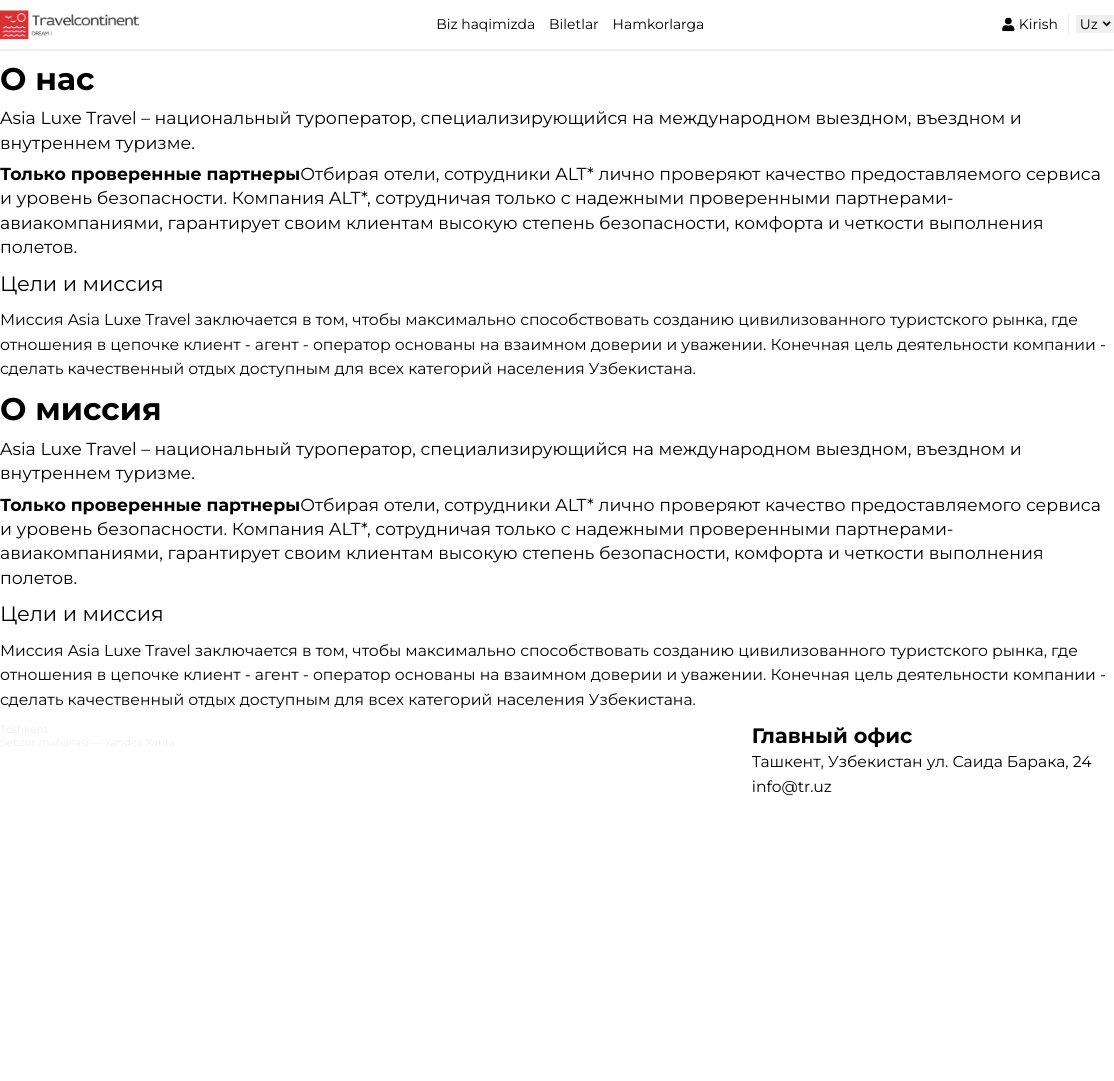
Repository: ziyodbek0300/avia-sales_
Page: /about-us
The author's editor kept a copy of each file at every save. The page is drawn from the files as they stood at one save, then again after the next save.
The browser window is 1280 px wide. The pictures show the whole page, at 87% of full size.
The project was rebuilt for these pictures with package versions that can differ from the ones it lists, and the page was loaded fresh each time. Also part of the build but not shown: src/containers/home/Home.jsx.

Above is the page before, as saved 2022-06-04 00:52:44.

### src/index.js
import React from 'react';
import ReactDOM from 'react-dom/client';
import './index.scss';
import App from './App';
import { BrowserRouter } from 'react-router-dom';

// Import the functions you need from the SDKs you need
import { initializeApp } from "firebase/app";

const firebaseConfig = {
  apiKey: "AIzaSyCh8iVwHAk4edTRMCTfsixFgQGgbxiQ__o",
  authDomain: "travelcontinent-6deec.firebaseapp.com",
  projectId: "travelcontinent-6deec",
  storageBucket: "travelcontinent-6deec.appspot.com",
  messagingSenderId: "267962106998",
  appId: "1:267962106998:web:0326271bfbdab5676e8b57"
};

// Initialize Firebase
const app = initializeApp(firebaseConfig);
const root = ReactDOM.createRoot(document.getElementById('root'));
root.render(
  <React.StrictMode>
    <BrowserRouter>
      <App />
    </BrowserRouter>
  </React.StrictMode>
)

### src/index.scss
@tailwind base;
@tailwind components;
@tailwind utilities;
// font by google fonts
@import url('https://fonts.googleapis.com/css2?family=Montserrat:ital,wght@0,100;0,200;0,300;0,400;0,500;0,600;0,700;0,800;0,900;1,100;1,200;1,300;1,400;1,500;1,600;1,700;1,800;1,900&display=swap');

* {
  font-family: 'Montserrat', sans-serif;
}

code {
  font-family: source-code-pro, Menlo, Monaco, Consolas, 'Courier New',
    monospace;
}

.card-filter-courses {
  top: 5rem !important;
}

.card {
  grid-row: 1 / 3;
  background-size: cover;
  background-repeat: no-repeat;
}

/*main courses */
.main-courses {
  display: grid;
  grid-template-columns: 1fr 1fr;
  grid-template-rows: 10rem 10rem;
  grid-gap: 1rem;
}

.main-courses div:first-child {
  grid-row: 1 / 3;
}

.main-courses div {
  background-repeat: no-repeat;
  background-size: cover;
  background-image: linear-gradient(rgba(0, 0, 0, 0.1), rgba(0, 0, 0, 0.1));
  color: #fff;
}

.bg-custom {
  background: #f4f8fa !important;
}

### src/App.js
import { Route, Routes } from "react-router-dom";
import Navbar from "./components/navbar/Navbar";
import About from "./containers/about/About";
import Home from "./containers/home/Home";

function App() {
  return (
    <div>
      <Navbar />
      <Routes>
        <Route path="/" element={<Home />} />
        <Route path="/about-us" element={<About />} />
      </Routes>
    </div>
  );
}

export default App;

### src/components/navbar/Navbar.jsx
import React from 'react'
import { FaUser } from 'react-icons/fa';
import { NavLink } from 'react-router-dom';
import Logo from '../../static/images/logo.png'

function Navbar() {
    return (
        <div className='border-b border-b-slate-300 py-3'>
            <nav className=' flex justify-between items-center max-w-7xl mx-auto'>
                <div className="logo">
                    <img src={Logo} className="w-40" alt="logo" />
                </div>
                <ul className='flex gap-4'>
                    <li>
                        <NavLink to='/about-us'>Biz haqimizda</NavLink>
                    </li>
                    <li>Biletlar</li>
                    <li>Hamkorlarga</li>
                </ul>
                <ul className='flex gap-2'>
                    <li className='flex items-center border-r pr-3'>
                        <FaUser />&nbsp;Kirish
                    </li>
                    <li>
                        <select name="lang" id="lang" className='border-slate-500'>
                            <option value="uz">Uz</option>
                            <option value="uz">Ru</option>
                            <option value="uz">En</option>
                        </select>
                    </li>
                </ul>
            </nav>
        </div>
    )
}

export default Navbar

### src/containers/about/About.jsx
import React from 'react'

function About() {
    return (
        <div className='max-w-7xl mx-auto'>
            <div className='my-3'>
                <p className='text-4xl font-bold mb-3'>О нас</p>
                <p className='text-xl mb-2'>
                    Asia Luxe Travel – национальный туроператор, специализирующийся на международном выездном, въездном и внутреннем туризме.
                </p>
                <p className='text-xl'>
                    <b>Только проверенные партнеры</b>
                    Отбирая отели, сотрудники ALT* лично проверяют качество предоставляемого сервиса и уровень безопасности. Компания ALT*, сотрудничая только с надежными проверенными партнерами-авиакомпаниями, гарантирует своим клиентам высокую степень безопасности, комфорта и четкости выполнения полетов.
                </p>
                <p className='text-2xl font-normal my-3'>Цели и миссия</p>
                <p className='text-lg'>
                    Миссия Asia Luxe Travel заключается в том, чтобы максимально способствовать созданию цивилизованного туристского рынка, где отношения в цепочке клиент - агент - оператор основаны на взаимном доверии и уважении. Конечная цель деятельности компании - сделать качественный отдых доступным для всех категорий населения Узбекистана.
                </p>
            </div>
            <div className='my-3'>
                <p className='text-4xl font-bold mb-3'>О миссия</p>
                <p className='text-xl mb-2'>
                    Asia Luxe Travel – национальный туроператор, специализирующийся на международном выездном, въездном и внутреннем туризме.
                </p>
                <p className='text-xl'>
                    <b>Только проверенные партнеры</b>
                    Отбирая отели, сотрудники ALT* лично проверяют качество предоставляемого сервиса и уровень безопасности. Компания ALT*, сотрудничая только с надежными проверенными партнерами-авиакомпаниями, гарантирует своим клиентам высокую степень безопасности, комфорта и четкости выполнения полетов.
                </p>
                <p className='text-2xl font-normal my-3'>Цели и миссия</p>
                <p className='text-lg'>
                    Миссия Asia Luxe Travel заключается в том, чтобы максимально способствовать созданию цивилизованного туристского рынка, где отношения в цепочке клиент - агент - оператор основаны на взаимном доверии и уважении. Конечная цель деятельности компании - сделать качественный отдых доступным для всех категорий населения Узбекистана.
                </p>
            </div>
            <div className='my-3 grid grid-cols-3 gap-4'>
                <div className='col-start-1 col-end-3 w-full' style={{ position: "relative", overflow: "hidden" }}><a className='w-full' href="https://yandex.com/maps/10335/tashkent/?utm_medium=mapframe&utm_source=maps" style={{ color: "#eee", fontSize: "12px", position: "absolute", top: "0px" }}>Toshkent</a><a href="https://yandex.com/maps/10335/tashkent/?ll=69.252730%2C41.330730&mode=whatshere&utm_medium=mapframe&utm_source=maps&whatshere%5Bpoint%5D=69.248940%2C41.333729&whatshere%5Bzoom%5D=14.18&z=14.18" style={{ color: "#eee", fontSize: "12px", position: "absolute", top: "14px" }} className="w-full">Sebzor mahallasi — Yandex Xarita</a><iframe className='w-full' src="https://yandex.com/map-widget/v1/-/CCUJu-CGwD" width="560" height="400" frameBorder="1" allowFullScreen={true} style={{ position: "relative" }}></iframe></div>
                <div>
                    <p className='text-2xl font-bold'>Главный офис</p>
                    <p className='text-lg'>Ташкент, Узбекистан ул. Саида Барака, 24</p>
                    <p className='text-lg'>info@tr.uz</p>
                </div>
            </div>
        </div>
    )
}

export default About

Loaded but not shown: public/index.html (common file); tailwind.config.js (common file)

After the next save:
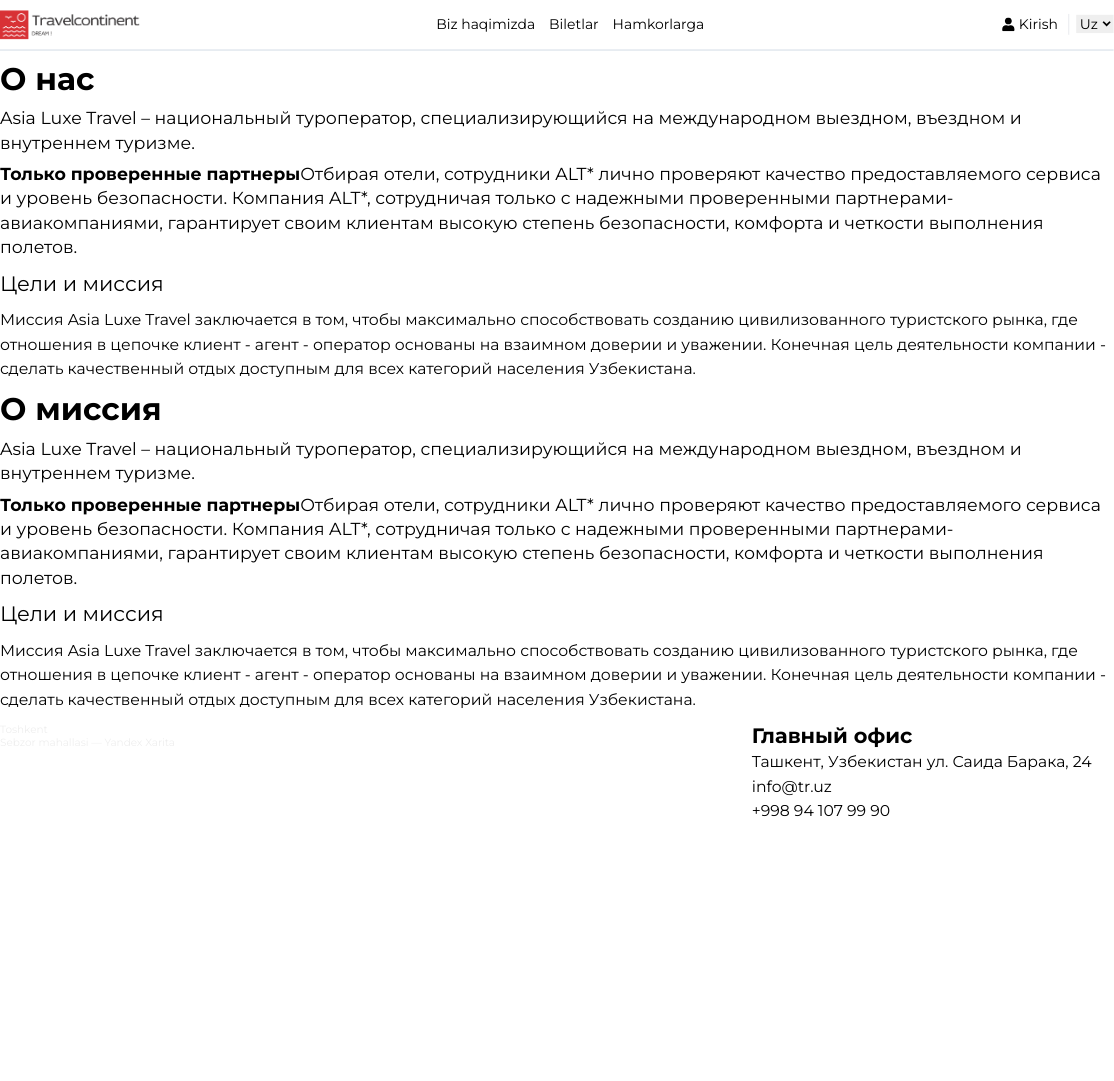
Saved 35 s later.
--- a/src/containers/about/About.jsx
+++ b/src/containers/about/About.jsx
@@ -37,6 +37,7 @@
                     <p className='text-2xl font-bold'>Главный офис</p>
                     <p className='text-lg'>Ташкент, Узбекистан ул. Саида Барака, 24</p>
                     <p className='text-lg'>info@tr.uz</p>
+                    <p className='text-lg'>+998 94 107 99 90</p>
                 </div>
             </div>
         </div>
